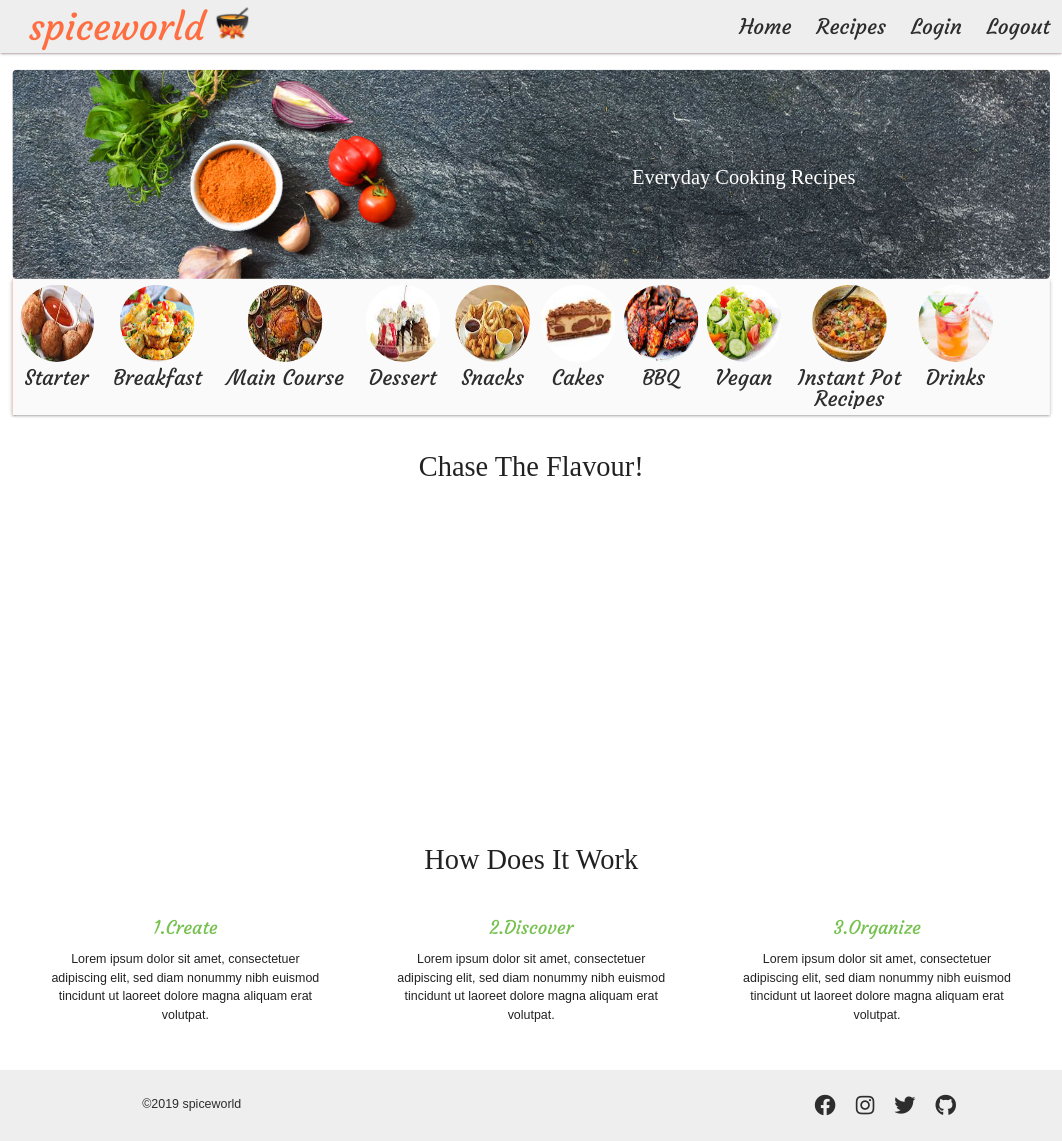
Repository: stephyraju/spiceworld
Page: http://localhost/
The author's editor kept a record of every edit. The page is drawn from the files as they stood at one moment, then again after the next edit.
The browser window is 1280 px wide. The pictures show the whole page, at 83% of full size.
Some web libraries are served in a nearby version. The page is served by the project's application, run on Flask 3 (app.py). Queries for data that is not in the repository find no rows.

Above is the page before.
Console error: TypeError: Cannot read properties of undefined (reading 'clientWidth')

After the next edit:
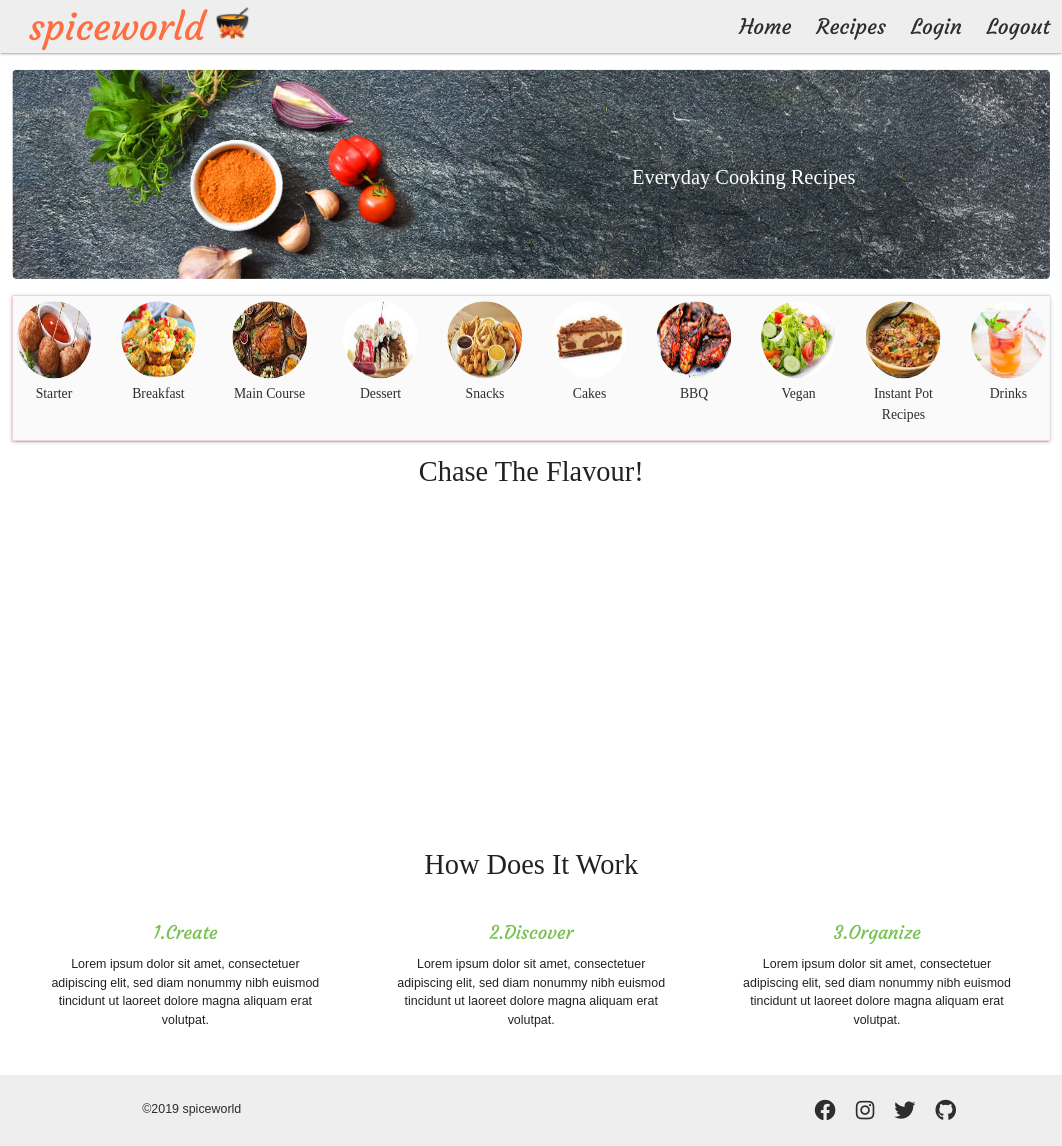
The edit:
--- a/templates/index.html
+++ b/templates/index.html
@@ -8,7 +8,7 @@
 </section>
 
 <!-- Subnav-Category -->
-<section class="catergory-container section-container">
+<section class="category-container section-container">
 <nav>
     <div class="nav-wrapper grey lighten-5 subnav-filters">
       <ul class="menu-list center">
